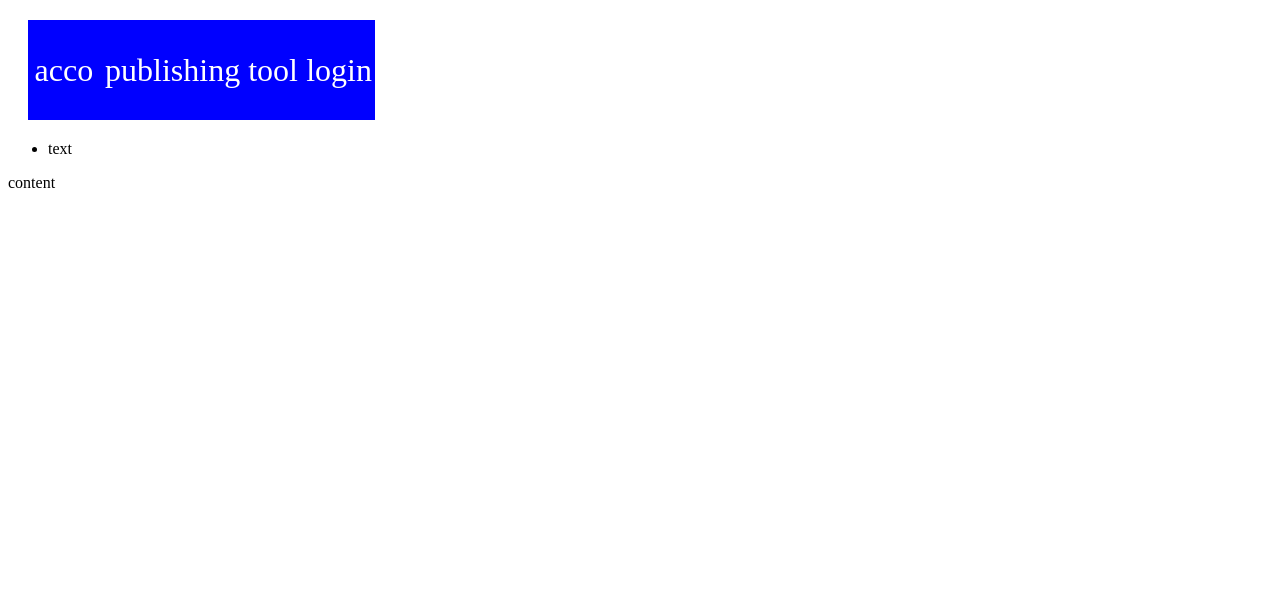
Repository: wimkinnet/Acco_Publish
Page: index.html
The author's editor kept a record of every edit. The page is drawn from the files as they stood at one moment, then again after the next edit.
The browser window is 1280 px wide. The pictures show the whole page.

Above is the page before.

After the next edit:
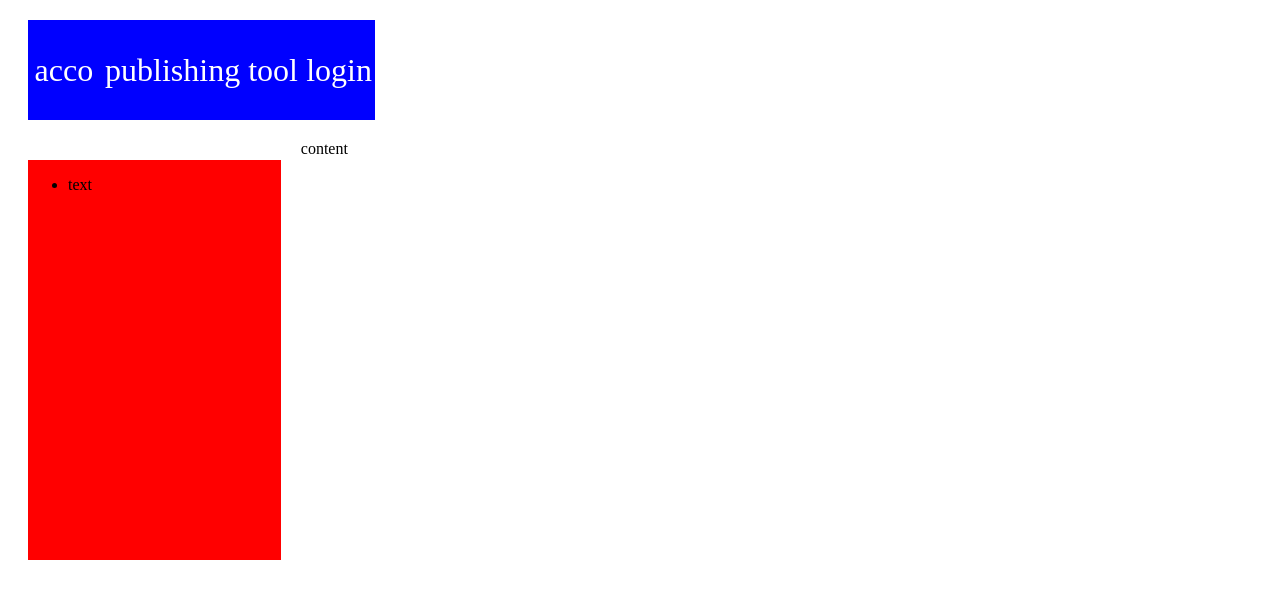
The edit:
--- a/index.html
+++ b/index.html
@@ -23,7 +23,7 @@
         text-decoration: none;
         color: white;
       }
-      .view-bar {
+      nav {
         float: left;
         height: 400px;
         width: 20%;
